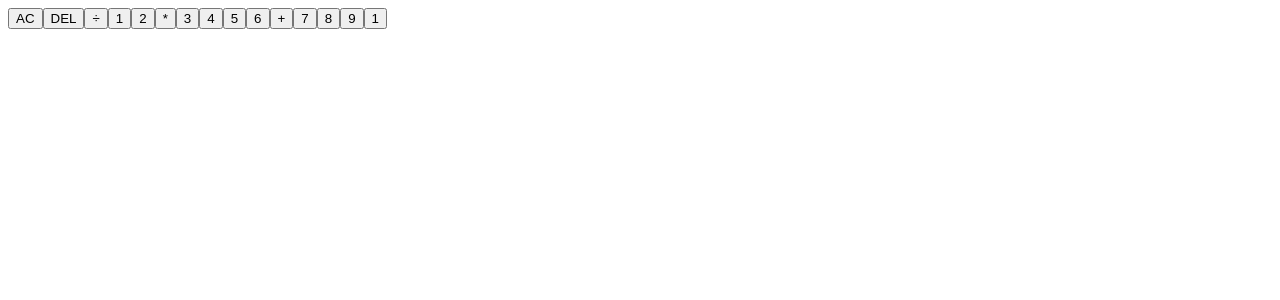
Repository: Ellisvelandia/Calculator
Page: /
An editor plug-in stored every save of this project. The page is shown before and after the next save, followed by the edit.
The browser window is 1280 px wide. The pictures show the whole page.
The project was rebuilt for these pictures with package versions that can differ from the ones it lists, and the page was loaded fresh each time. Also part of the build but not shown: src/index.css, src/App.css.

Above is the page before, as saved 2022-08-15 23:32:47.

### src/App.js
import './App.css';

function App() {
  return (
    <div className="calculator.grid">
      <div className='output'>
        <div className="previous-operand"></div>
        <div className="current-operand"></div>
      </div>
      <button className='span-two'>AC</button>
      <button>DEL</button>
      <button>÷</button>
      <button>1</button>
      <button>2</button>
      <button>*</button>
      <button>3</button>
      <button>4</button>
      <button>5</button>
      <button>6</button>
      <button>+</button>
      <button>7</button>
      <button>8</button>
      <button>9</button>
      <button>1</button>

    </div>
  );
}

export default App

Loaded but not shown: public/index.html (common file); src/index.js (common file); src/reportWebVitals.js (common file)

After the next save:
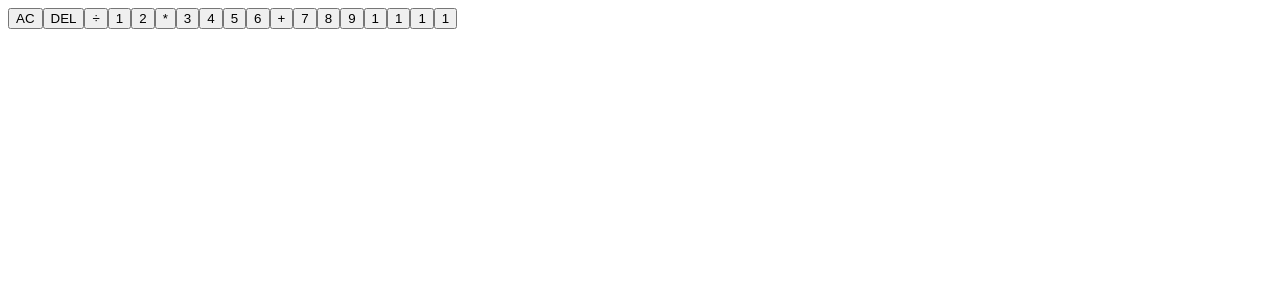
Saved 4 s later.
--- a/src/App.js
+++ b/src/App.js
@@ -22,6 +22,9 @@ function App() {
       <button>8</button>
       <button>9</button>
       <button>1</button>
+      <button>1</button>
+      <button>1</button>
+      <button>1</button>
 
     </div>
   );
